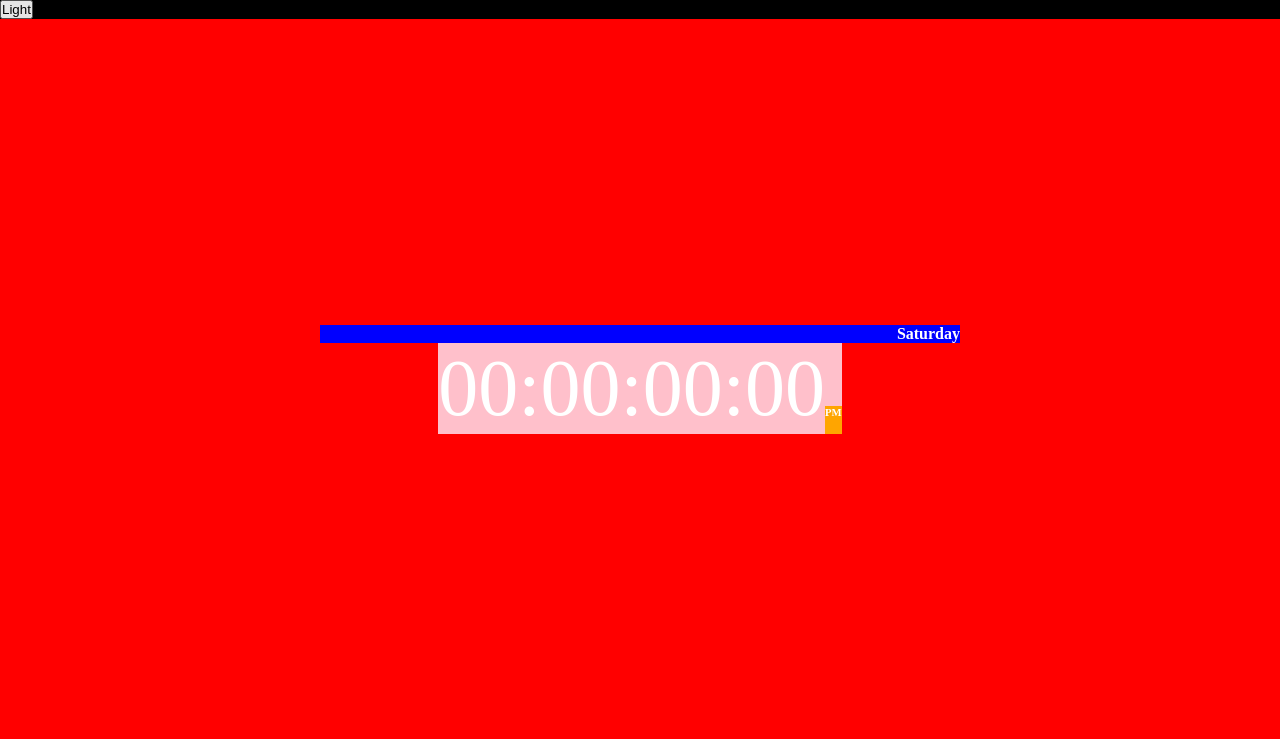
Repository: EguJaredoBoyd/Jared-Digital-Clock
Page: index.html
An editor plug-in stored every save of this project. The page is shown before and after the next save, followed by the edit.
The browser window is 1280 px wide. The pictures show the whole page.

Above is the page before, as saved 2026-01-03 23:27:11.
Not found: fonts.googleapis.com

### index.html
<!DOCTYPE html>
<html lang="en">
  <head>
    <meta charset="UTF-8" />
    <meta name="viewport" content="width=device-width, initial-scale=1.0" />
    <link rel="stylesheet" href="./css/styles.css" />
    <link rel="stylesheet" href="fonts.googleapis.com" />
    <title>Document</title>
  </head>
  <body>
    <header>
      <button>Light</button>
    </header>

    <div class="watch-container">
      <div class="watch-container__day">
        <h4>Saturday</h4>
      </div>
      <div class="watch-container__time">
        <p>00:00:00:00</p>
        <h6>PM</h6>
      </div>
    </div>
  </body>
</html>

### css/styles.css
* {
  margin: 0;
  padding: 0;
}

body {
  background-color: black;
  color: white;
}

.watch-container {
  background-color: red;
  display: flex;
  flex-direction: column;
  justify-content: center;
  align-items: center;
  height: 100vh;
  width: 100vw;
}

.watch-container__day {
  background-color: blue;
  width: 50vw;
  display: flex;
  justify-content: end;
}

.watch-container__time {
  background-color: pink;
  display: flex;
}

.watch-container__time p {
  font-size: 5rem;
}

.watch-container__time h6 {
  background-color: orange;
  align-self: self-end;
  padding-bottom: 1rem;
}

After the next save:
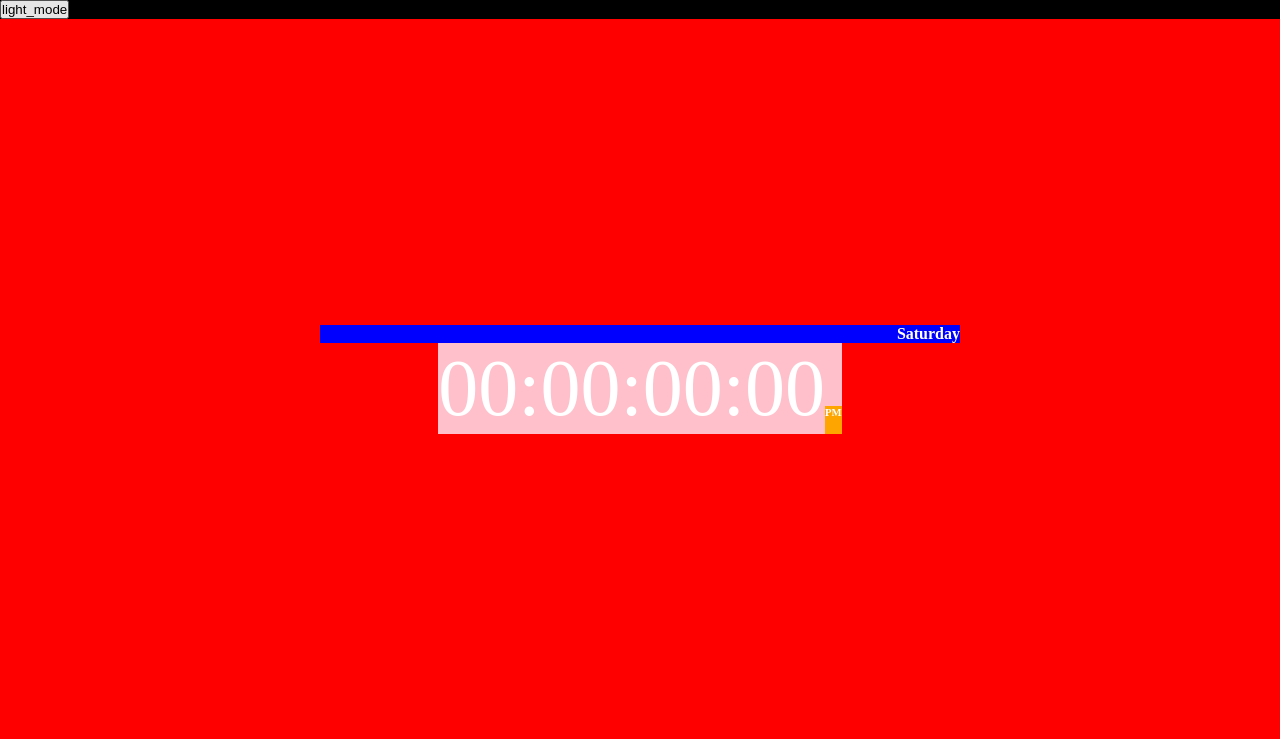
Saved 55 s later.
--- a/index.html
+++ b/index.html
@@ -9,7 +9,9 @@
   </head>
   <body>
     <header>
-      <button>Light</button>
+      <button>
+        <span class="material-symbols-outlined"> light_mode </span>
+      </button>
     </header>
 
     <div class="watch-container">
